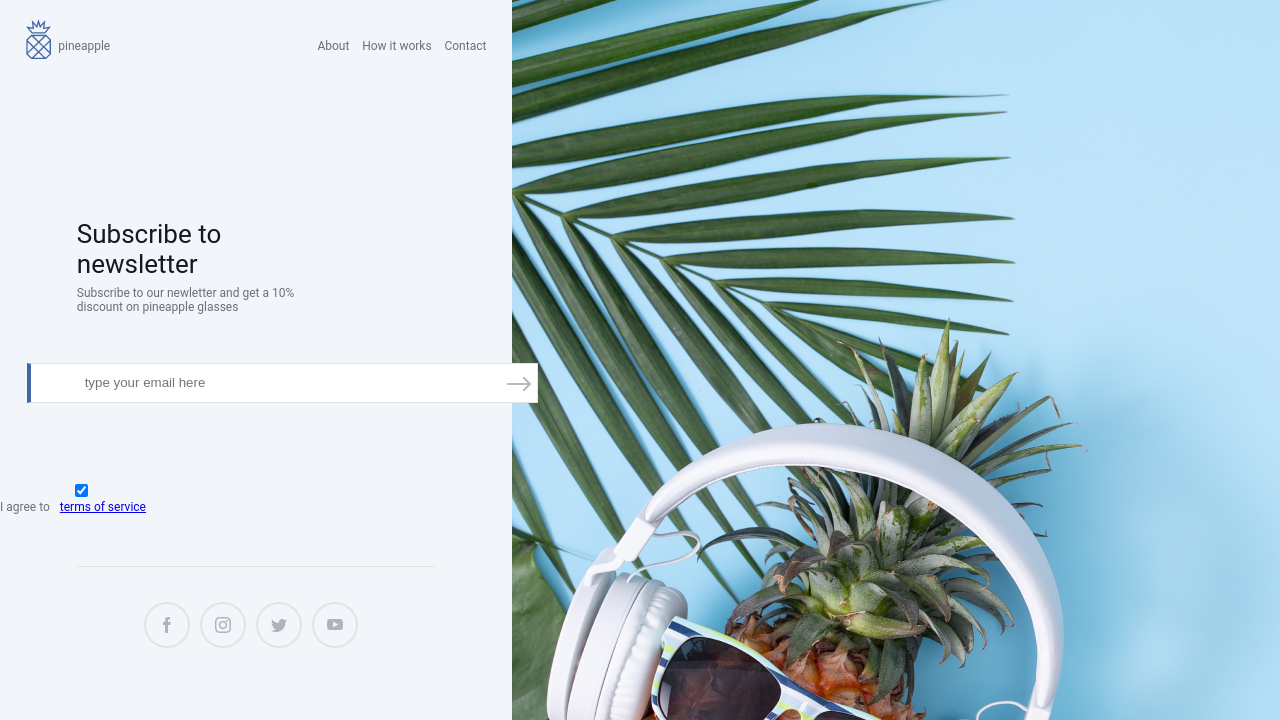
Repository: PaulsBebris/megabit-task
Page: /
These files come from the project's save history. The page is drawn as it stood at one moment and after the next save; the edit follows.
The browser window is 1280 px wide. The pictures show the whole page.
The project was rebuilt for these pictures with package versions that can differ from the ones it lists, and the page was loaded fresh each time.

Above is the page before, as saved 2021-04-19 16:35:47.

### src/App.vue
<template>
  <div id="app">
    <router-view/>
  </div>
</template>

<style lang="scss">
* {
  padding: 0;
  margin: 0;
  box-sizing: border-box;
}
@import "./assets/scss/defaults.scss";
@font-face {
  font-family: "Roboto";
  src: local("Roboto"), url(./assets/fonts/Roboto.ttf) format("truetype");
  src: url();
}
@font-face {
  font-family: "Roboto";
  src: local("Roboto-Thin"), url(./assets/fonts/Roboto-Thin.ttf) format("truetype");
  src: url();
}

#app {
  font-family: Roboto, Helvetica, Arial, sans-serif;
  -webkit-font-smoothing: antialiased;
  -moz-osx-font-smoothing: grayscale;
  color: $grey;
  overflow: hidden;
  font-size: $default-font-size;
}

</style>

### src/router/index.js
import Vue from 'vue'
import VueRouter from 'vue-router'
import Home from '../views/Home.vue'

Vue.use(VueRouter)

const routes = [
  {
    path: '/',
    name: 'Home',
    component: Home
  }
]

const router = new VueRouter({
  routes
})

export default router

// {
// path: '/about',
// name: 'About',
// route level code-splitting
// this generates a separate chunk (about.[hash].js) for this route
// which is lazy-loaded when the route is visited.
// component: () => import(/* webpackChunkName: "about" */ '../views/About.vue')
// }

### src/assets/scss/_defaults.scss
$blue: #4066A5;
$black: #131821;
$grey: #6A707B;
$light-grey: #E3E3E4;
$light-blue: #F2F5FA;

$default-font-size: 12px;
$header-font-size: 26px;

### src/views/Home.vue
<template>
  <div class="home">
    <div class="page-wrapper">
      <div class="header-wrapper">
        <div class="logo">
          <img src="../assets/img/pineapple.png" alt="pineapple">
          <span>pineapple</span>
        </div>
        <div class="main-menu">
          <div>About</div>
          <div>How it works</div>
          <div>Contact</div>
        </div>
      </div>
      <div class="content-wrapper">
        <div>Subscribe to newsletter</div>
        <p>Subscribe to our newletter and get a 10% discount on pineapple glasses</p>
      </div>
      <div class="subscribe-form-wrapper">
        <input type="text" placeholder="type your email here" @click="onSubscribe" v-model="email" >
        <div class="submit-button">
          <span>
            <img src="../assets/img/ic_arrow.svg" alt="arrow">
          </span>
        </div>
      </div>
      <div class="terms-of-use">
        <div class="checkbox-wrapper">
          <input type="checkbox" checked="checked" name="agreedOnTerms" id="">
          <span class="custom-checkbox"></span>
        </div>

        <span>I agree to</span>
        <a href="#">terms of service</a>
      </div>
      <div class="separator">
        <div class="separator-line"></div>
      </div>
      <div class="social-wrapper">
        <div class="icons-wraper">
          <img src="../assets/img/Facebook.png" alt="facebook">
          <img src="../assets/img/Instagram.png" alt="instagram">
          <img src="../assets/img/Twitter.png" alt="twitter">
          <img src="../assets/img/Youtube.png" alt="youtube">
        </div>
      </div>
    </div>
    <div class="base-image">
      <img :src=sommer alt="">
    </div>
  </div>
</template>

<script>
import sommer from '@/assets/img/sommer.png'

export default {
  name: 'Home',
  components: {},
  data () {
    return {
      sommer,
      email: ''
    }
  },
  methods: {
    onSubscribe () {
      // axios send data
    }
  }
}
</script>

<style lang="scss" scoped>
@import "../assets/scss/defaults.scss";
.home {
  display: flex;
  width: 680px;
  height: 100vh;
  // color: $blue;
  // overflow: hidden;
}
.page-wrapper {
  width: 40vw;
  height: 1080px;
  background-color: $light-blue;
}
.base-image {
  width: 60vw;
}
.base-image img {
  max-height: 1080px;
}
.header-wrapper {
  display: flex;
  justify-content: space-between;
  margin: 5% 0 30% 0;
  align-items: center;
}
.logo {
  margin-left: 5%;
  display: flex;
  align-items: center;
}
.logo img {
  margin-right: 10%;
  position: relative;
  top: -7px;
}
.main-menu {
  margin-right: 5%;
  display: flex;
  justify-content: space-between;
  width: 33%;
}
.content-wrapper {
  padding-left: 15%;
  padding-right: 38%;
}
.content-wrapper :first-child {
  margin-bottom: 3%;
  font-size: $header-font-size;
  color: $black;
}
.content-wrapper p {
  margin-bottom: 20%;
}
.subscribe-form-wrapper {
  display: flex;
  justify-content: right;
  width: 42vw;
  margin-bottom: 16%;
}
.subscribe-form-wrapper input {
  border: none;
  border-left: 4px solid $blue;
  padding-left: 10%;
  margin-left: 5%;
  height: 40px;
  z-index: 2;
  width: 90%;
  border-top: 1px solid $light-grey;
  border-bottom: 1px solid $light-grey;
}
.submit-button {
  z-index: 2;
  width: 38px;
  background-color: #fff;
  border-top: 1px solid $light-grey;
  border-right: 1px solid $light-grey;
  border-bottom: 1px solid $light-grey;
  height: 40px;
}
.submit-button {
  display: flex;
  justify-content: center;
  align-items: center;
}
.submit-button span {
  margin-top: 5px;
}
.terms-of-use input {
  margin-left: 15%;
}
.terms-of-use > * {
  margin-right: 10px;
}
.separator {
  margin-top: 10%;
}
.separator-line {
  border-bottom: 1px solid $light-grey;
  margin: 0 15% 0 15%;
}
.social-wrapper {
  display: flex;
  // align-items: center;
  justify-content: center;
  margin-top: 7%;
}
.icons-wraper > *{
  padding-right: 10px;
}
// mobile
@media screen and (max-width: 1024px) {
  .base-image {
    display: none;
  }
  .page-wrapper {
    width: 100vw;
    background-image: url('../assets/img/sommer.png');
    background-repeat: no-repeat;
    background-position: center;
    background-attachment: fixed;
    background-size: cover;
    max-height: 746px;
  }
}
</style>

Loaded but not shown: public/index.html (common file); src/main.js (common file); src/store/index.js (common file)

After the next save:
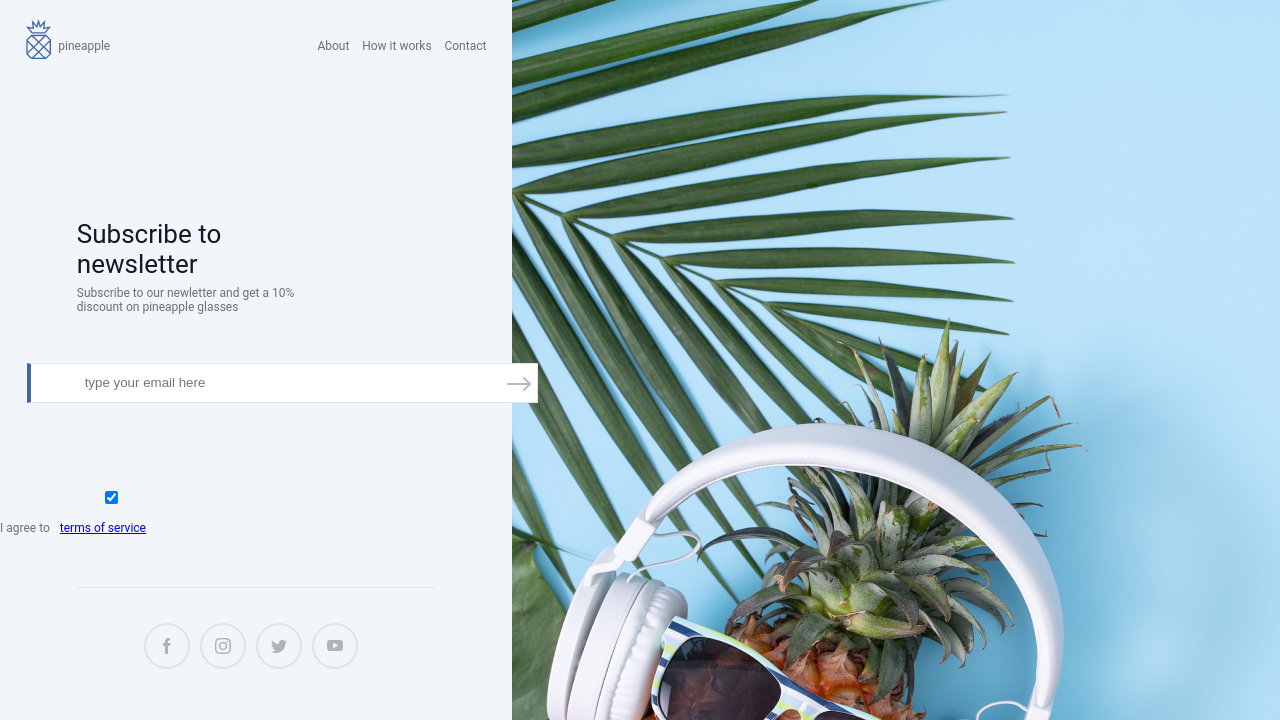
Saved 2 min 46 s later.
--- a/src/views/Home.vue
+++ b/src/views/Home.vue
@@ -162,6 +162,19 @@ export default {
 .terms-of-use input {
   margin-left: 15%;
 }
+.checkbox-wrapper {
+  display: block;
+  position: relative;
+  padding-left: 35px;
+  margin-bottom: 12px;
+  cursor: pointer;
+  font-size: 22px;
+  -webkit-user-select: none;
+  -moz-user-select: none;
+  -ms-user-select: none;
+  user-select: none;
+}
+
 .terms-of-use > * {
   margin-right: 10px;
 }
